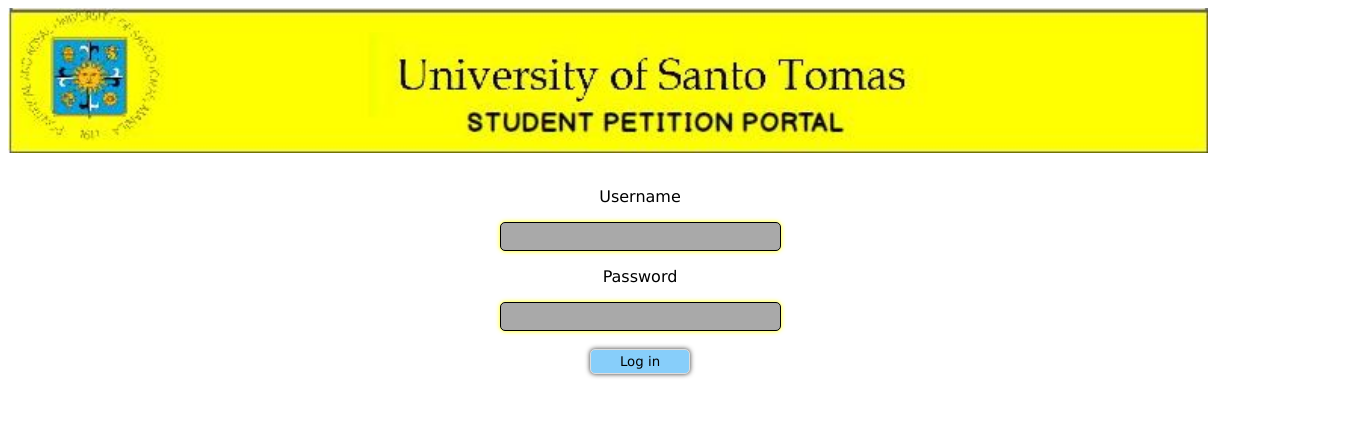
Repository: mawewatistel/PetitioningSystem
Page: http://localhost/SibuloTolentino/
An editor plug-in stored every save of this project. The page is shown before and after the next save, followed by the edit.
The browser window is 1280 px wide. The page is 1280 px wide, then 1358 px, so the pictures cover 1358 px, including what lies to the right of the window. The pictures show the whole page.
The page is served by Tomcat 9.

Above is the page before, as saved 2016-05-10 04:20:17.

After the next save:
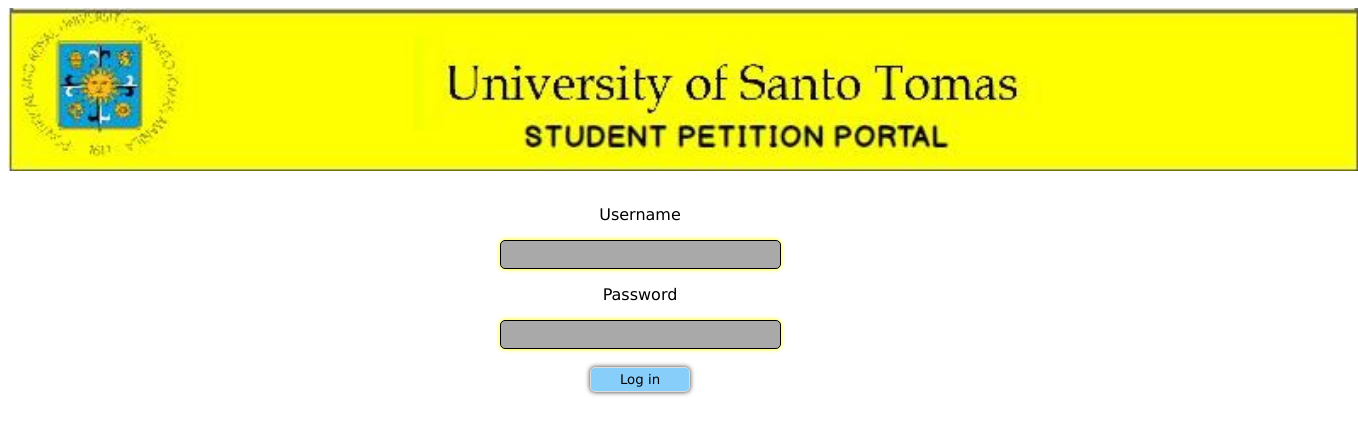
Saved 13 s later.
--- a/SibuloTolentino/WebContent/index.jsp
+++ b/SibuloTolentino/WebContent/index.jsp
@@ -9,7 +9,7 @@
 <body>
 <div id ="wrapperHeader">
 <div id= "header">
-<img src ="Images/ust.JPG" alt = "Missing Image!=" width = 1200 height= >
+<img src ="Images/ust.JPG" alt = "Missing Image!=" width = 1350 height= >
 </div>
 </div>
 <form action="login.jsp" method="post"> <br/>
